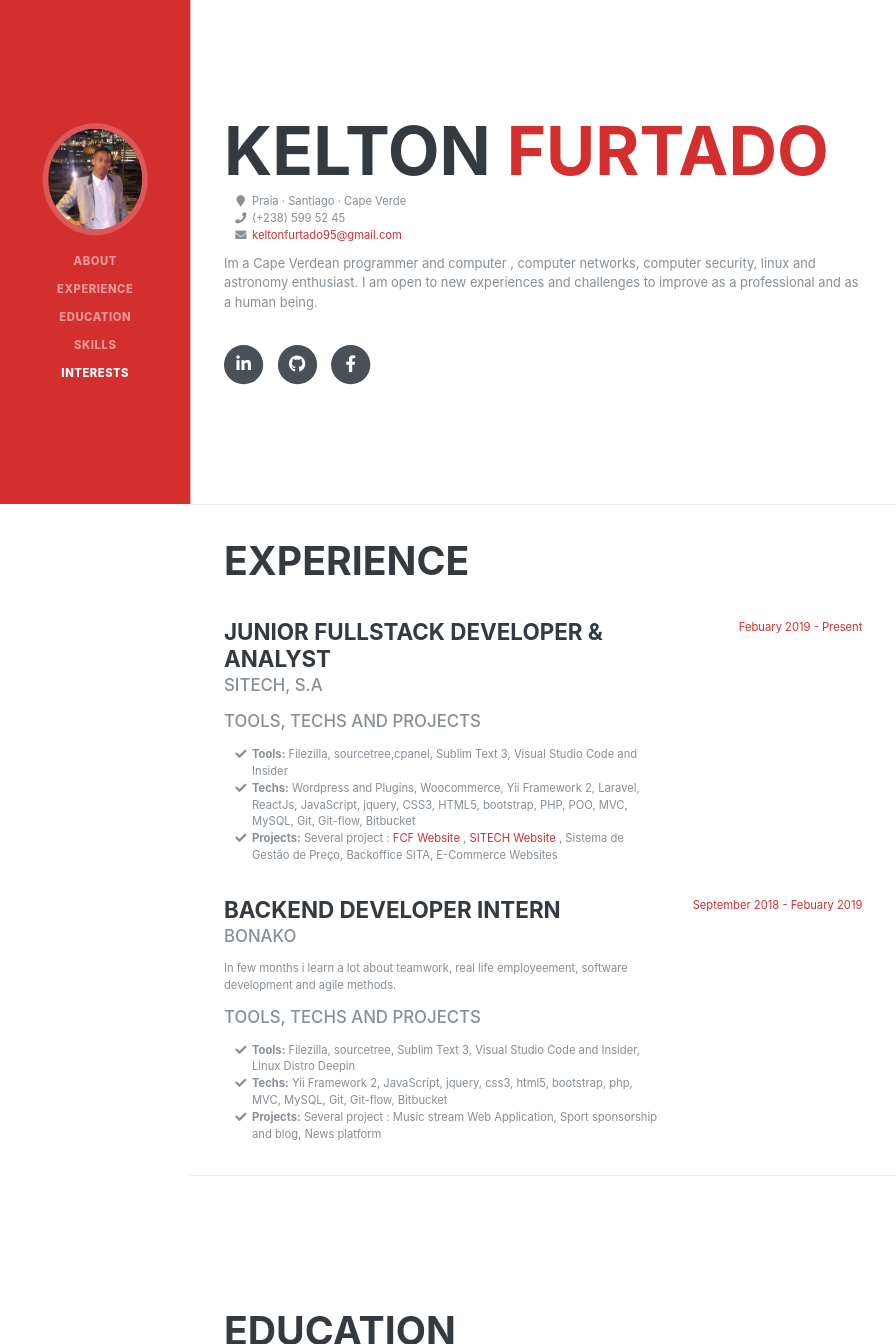
Repository: kcfurtado/kcfurtado.github.io
Page: index.html
These files come from the project's save history. The page is drawn as it stood at one moment and after the next save; the edit follows.
The browser window is 1280 px wide. The pictures show the part of the page from y = 0 to 1920 px (the page is 3843 px tall), at 70% of full size.
Some web fonts or font styles are not loaded; a fallback is used.

Above is the page before, as saved 2020-04-04 19:10:10.

After the next save:
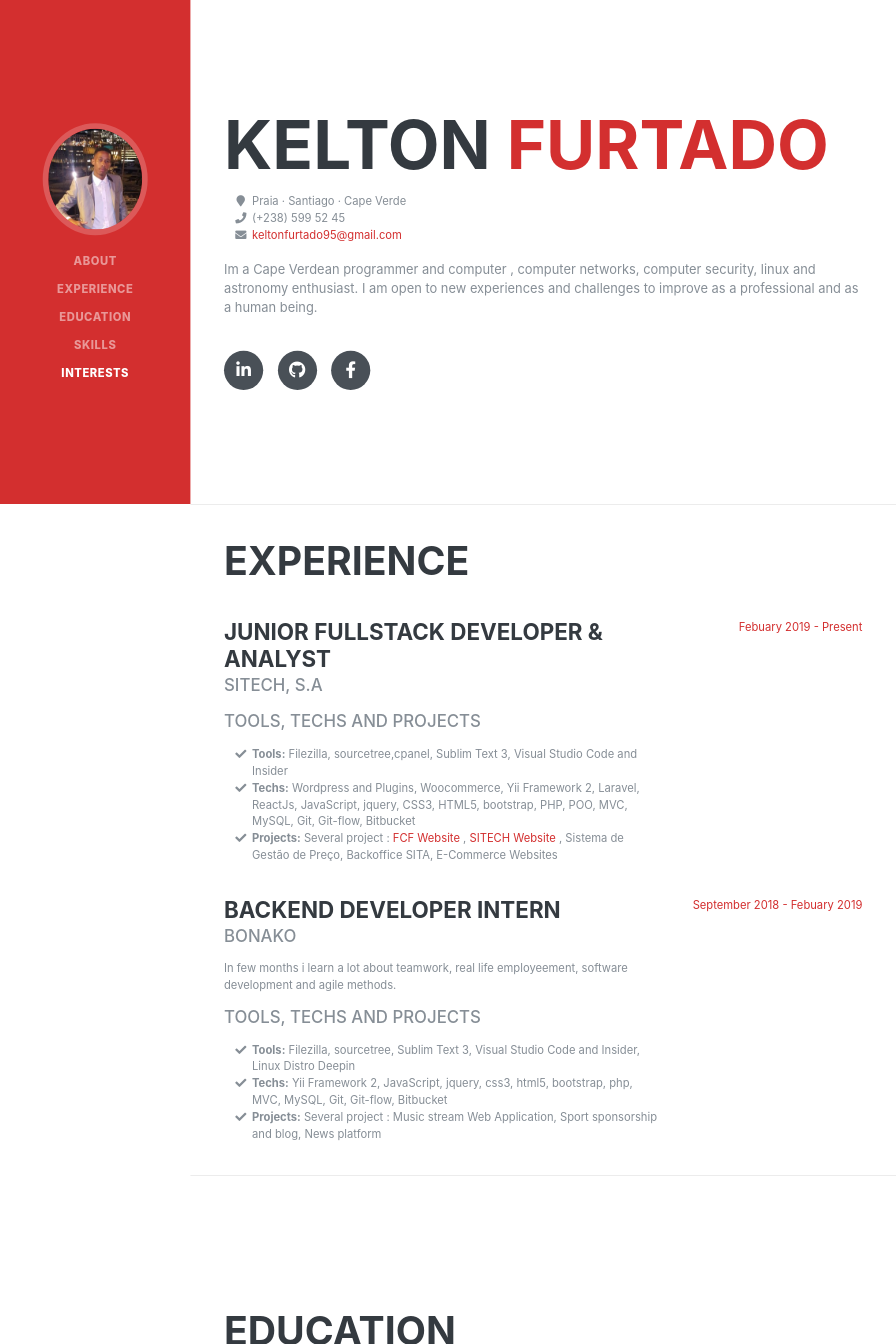
Saved 11 s later.
--- a/index.html
+++ b/index.html
@@ -66,7 +66,7 @@
         <h1 class="mb-0">Kelton
           <span class="text-primary">Furtado</span>
         </h1>
-        <ul class="mt-3 mb-3 fa-ul mb-0">
+        <ul class="mt-4 mb-4 fa-ul mb-0">
           <li>
             <i class="fa-li fa fa-map-marker"></i> Praia · Santiago · Cape Verde
           </li>
